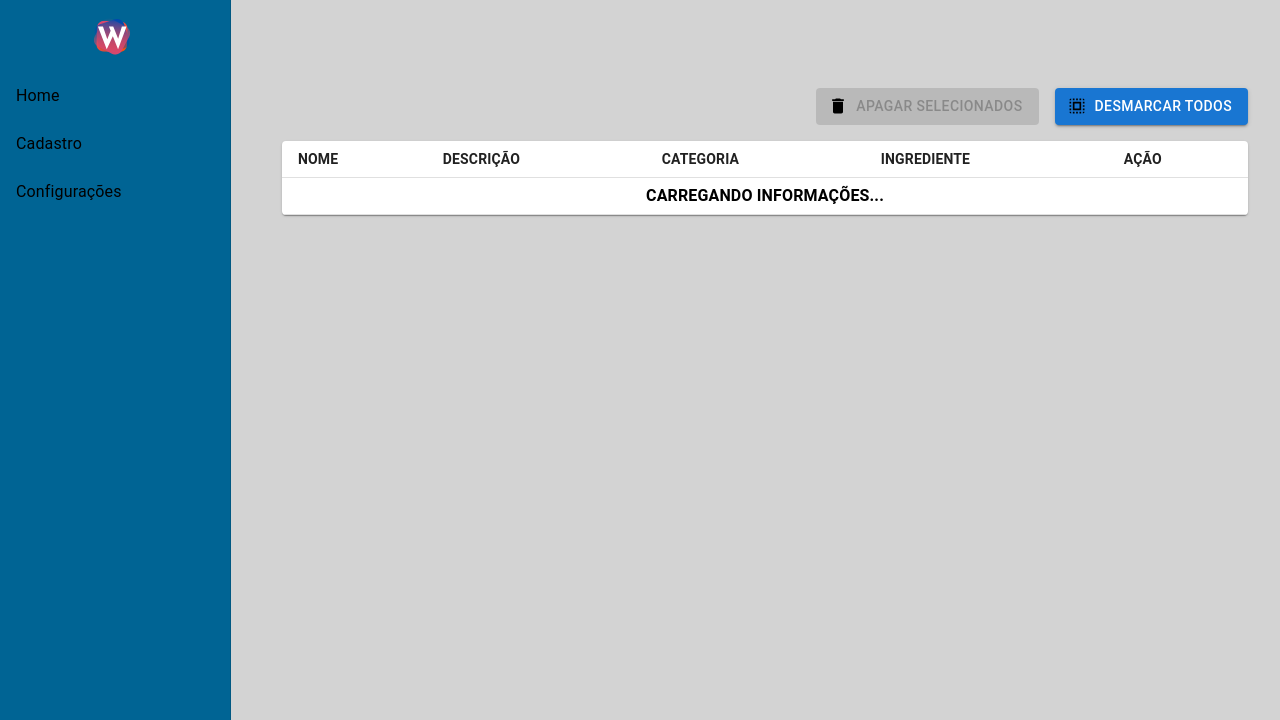
Repository: oZanella/projeto_windel_web_CRM
Page: /
These files come from the project's save history. The page is drawn as it stood at one moment and after a run of saves; the edit follows.
The browser window is 1280 px wide. The pictures show the whole page.
The page's requests for data from a server got no answer. The project was rebuilt for these pictures with package versions that can differ from the ones it lists, and the page was loaded fresh each time. No one was signed in, and anything a server would have sent is missing. Also part of the build but not shown: vite.config.js, src/routes/Configuracoes.jsx. Imported but missing from the stored project, and not drawn on this page: src/routes/Cadastro.jsx.

Above is the page before, as saved 2024-08-19 09:16:08.

After the next 2 saves:
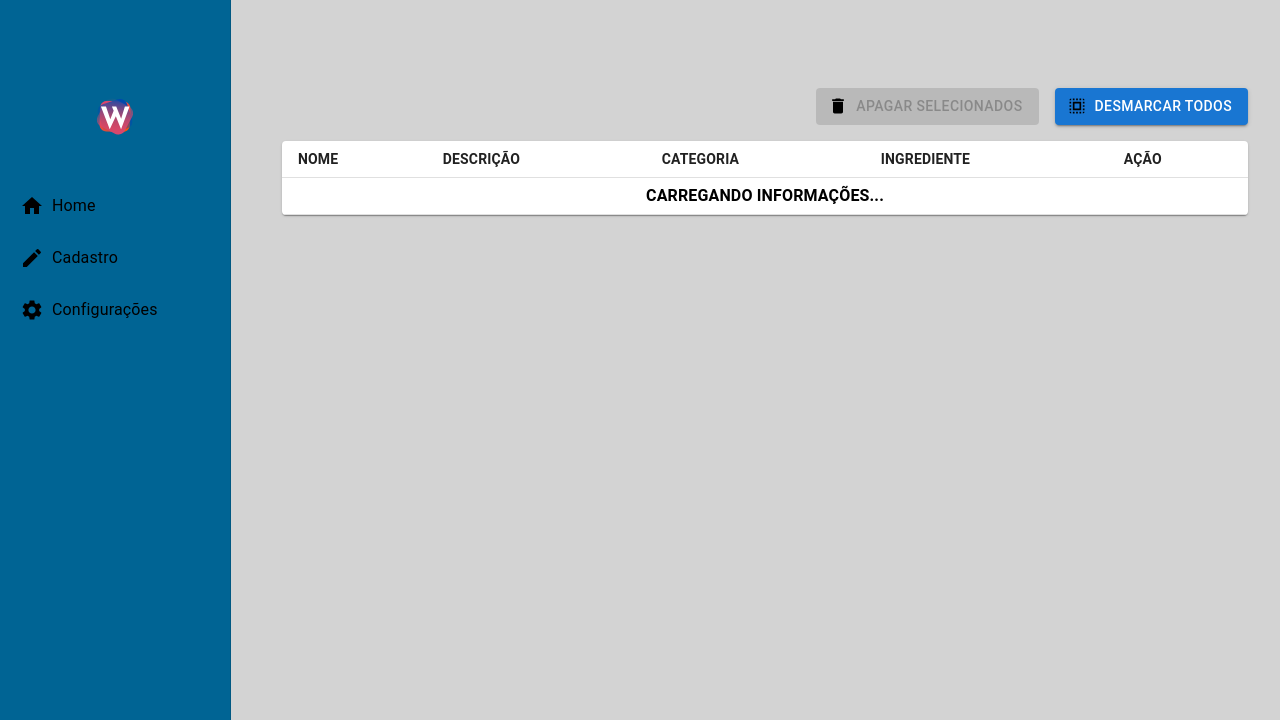
The 2 saves are shown as one change because they came seconds apart.
The last was saved 49 s later.
--- a/src/components/Header.jsx
+++ b/src/components/Header.jsx
@@ -3,6 +3,9 @@ import MenuIcon from '@mui/icons-material/Menu';
 import Logo from '../image/LogoWindel.svg';
 import { Link } from 'react-router-dom';
 import React, { useState } from 'react';
+import HomeIcon from '@mui/icons-material/Home'; // Exemplo de ícone
+import EditIcon from '@mui/icons-material/Edit'; // Exemplo de ícone
+import SettingsIcon from '@mui/icons-material/Settings'; // Exemplo de ícone
 
 export const Header = () => {
   const [isDrawerOpen, setIsDrawerOpen] = useState(false);
@@ -12,14 +15,14 @@ export const Header = () => {
   };
 
   const menuItems = [
-    { text: 'Home', link: '/home'},
-    { text: 'Cadastro', link: '/cadastro' },
-    { text: 'Configurações', link: '/configuracoes' },
+    { text: 'Home', link: '/home', icon: <HomeIcon /> },
+    { text: 'Cadastro', link: '/cadastro', icon: <EditIcon /> },
+    { text: 'Configurações', link: '/configuracoes', icon: <SettingsIcon /> },
   ];
 
   return (
     <>
-      {/* xs AppBar */}
+      {/* Mobile AppBar */}
       <AppBar
         position="fixed"
         sx={{
@@ -28,7 +31,7 @@ export const Header = () => {
           boxShadow: '0px 0.01px 11px var(--secondary)',
           top: 0,
           left: 0,
-          backgroundColor: 'var(--animation)',
+          backgroundColor: 'var(--darkblue)',
         }}
       >
         <Toolbar
@@ -45,18 +48,12 @@ export const Header = () => {
           >
             <MenuIcon />
           </IconButton>
-
-          {/* Titulo */}
           <Typography variant="h6" sx={{ flexGrow: 1 }}>
             Cooking Cake
           </Typography>
-
-
           <IconButton
             to={`/home`}
-            sx={{
-              cursor: 'default',
-            }}
+            sx={{ cursor: 'default' }}
             component={Link}
             aria-label="logo"
           >
@@ -65,7 +62,7 @@ export const Header = () => {
         </Toolbar>
       </AppBar>
 
-      {/* xs Drawer */}
+      {/* Mobile Drawer */}
       <Drawer
         anchor="left"
         open={isDrawerOpen}
@@ -90,14 +87,27 @@ export const Header = () => {
         </Box>
         <List>
           {menuItems.map((item) => (
-            <ListItem key={item.text} component={Link} to={item.link} onClick={toggleDrawer(false)}>
-              <ListItemText primary={item.text} />
+            <ListItem
+              key={item.text}
+              component={Link}
+              to={item.link}
+              onClick={toggleDrawer(false)}
+              sx={{
+                color: 'white', // Cor do texto
+                '&:hover': {
+                  backgroundColor: 'var(--hover-bg)', // Cor de fundo ao passar o mouse
+                },
+                padding: '10px 20px', // Padding personalizado
+              }}
+            >
+              {item.icon}
+              <ListItemText primary={item.text} sx={{ marginLeft: 1 }} />
             </ListItem>
           ))}
         </List>
       </Drawer>
 
-      {/* sm Drawer */}
+      {/* Desktop Drawer */}
       <Drawer
         variant="permanent"
         sx={{
@@ -110,14 +120,7 @@ export const Header = () => {
         open
       >
         <Toolbar />
-        {/* Icone do menulateral */}
-        <Box sx={{
-          display: 'flex',
-          flexDirection: 'column',
-          alignItems: 'center',
-          position: 'fixed',
-          ml: 8,
-          }}>
+        <Box sx={{ padding: 2, display: 'flex', flexDirection: 'column', alignItems: 'center' }}>
           <IconButton
             to={`/home`}
             sx={{ cursor: 'default' }}
@@ -127,14 +130,23 @@ export const Header = () => {
             <img src={Logo} alt="Logo" style={{ width: '80px', height: '60px' }} />
           </IconButton>
         </Box>
-
-
-
         <Box sx={{ overflow: 'auto' }}>
           <List>
             {menuItems.map((item) => (
-              <ListItem key={item.text} component={Link} to={item.link}>
-                <ListItemText primary={item.text} />
+              <ListItem
+                key={item.text}
+                component={Link}
+                to={item.link}
+                sx={{
+                  color: 'black', // Cor do texto para o menu lateral permanente
+                  '&:hover': {
+                    backgroundColor: 'var(--hover-bg)', // Cor de fundo ao passar o mouse
+                  },
+                  padding: '10px 20px', // Padding personalizado
+                }}
+              >
+                {item.icon}
+                <ListItemText primary={item.text} sx={{ marginLeft: 1 }} />
               </ListItem>
             ))}
           </List>
